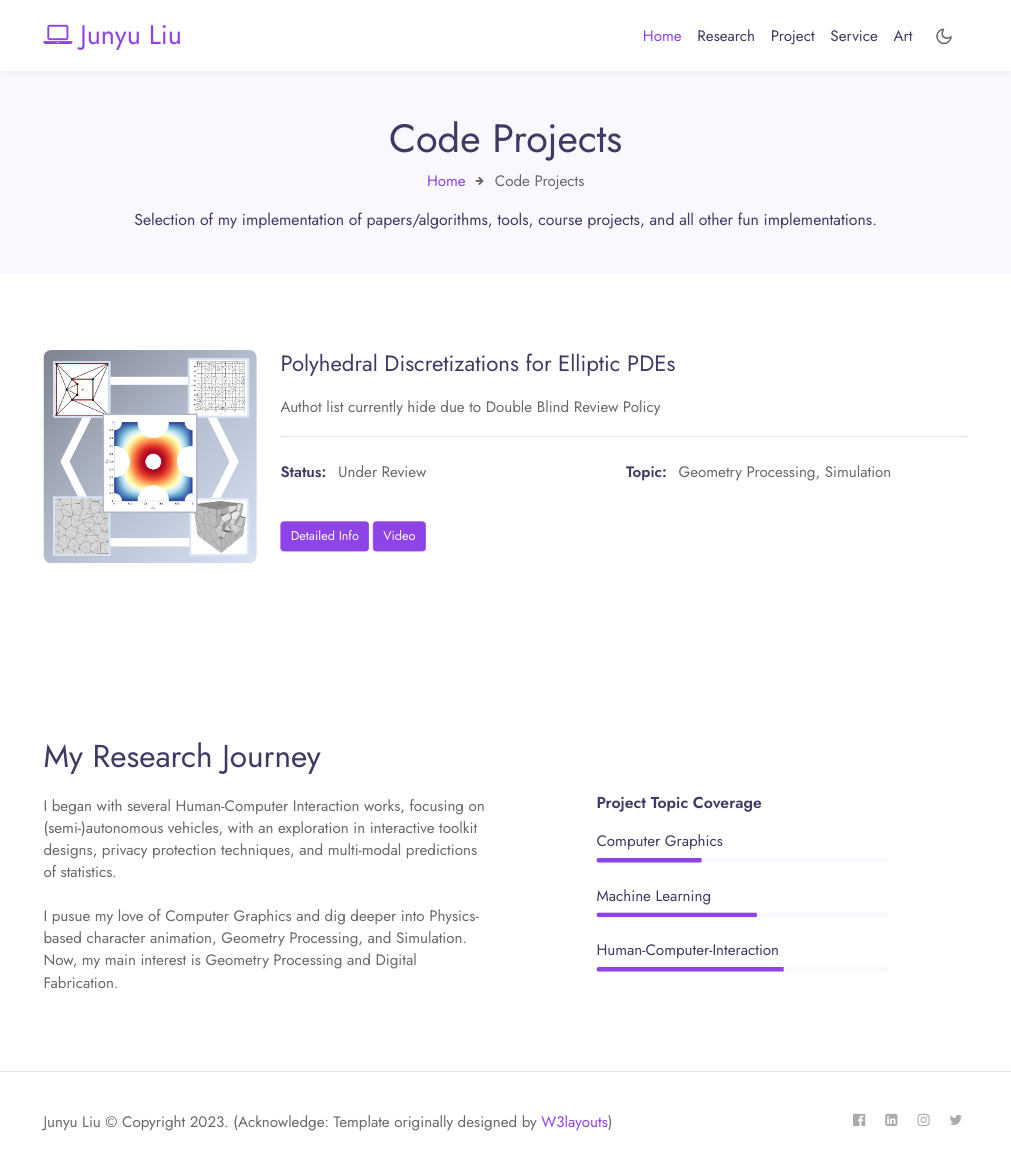
Repository: Junyu-Liu-Nate/junyu-liu-nate.github.io
Page: project.html
An editor plug-in stored every save of this project. The page is shown before and after a run of saves, followed by the edit.
The browser window is 1280 px wide. The pictures show the whole page, at 79% of full size.

Above is the page before, as saved 2024-04-10 18:02:10.
Console error: TypeError: Cannot read properties of null (reading 'classList')

### project.html
<!--
Author: Junyu Liu
Author: W3layouts
Author URL: http://w3layouts.com
-->
<!doctype html>
<html lang="en">

<head>
  <!-- Required meta tags -->
  <meta charset="utf-8">
  <meta name="viewport" content="width=device-width, initial-scale=1, shrink-to-fit=no">

  <title>Junyu Liu - Projects</title>

  <!-- google fonts -->
  <link href="//fonts.googleapis.com/css2?family=Jost:wght@300;400;600&display=swap" rel="stylesheet">

  <!-- Template CSS -->
  <link rel="stylesheet" href="assets/css/style-starter.css">
</head>

<body>
<!-- header -->
<header id="site-header" class="fixed-top">
  <div class="container">
      <nav class="navbar navbar-expand-lg stroke">
          <a class="navbar-brand" href="index.html">
              <span class="fa fa-laptop"></span> Junyu Liu
          </a>
          <!-- if logo is image enable this
      <a class="navbar-brand" href="#index.html">
          <img src="image-path" alt="Your logo" title="Your logo" style="height:35px;" />
      </a> -->
          <button class="navbar-toggler  collapsed bg-gradient" type="button" data-toggle="collapse"
              data-target="#navbarTogglerDemo02" aria-controls="navbarTogglerDemo02" aria-expanded="false"
              aria-label="Toggle navigation">
              <span class="navbar-toggler-icon fa icon-expand fa-bars"></span>
              <span class="navbar-toggler-icon fa icon-close fa-times"></span>
              </span>
          </button>

          <div class="collapse navbar-collapse" id="navbarTogglerDemo02">
            <ul class="navbar-nav ml-auto">
                <li class="nav-item active">
                    <a class="nav-link" href="index.html">Home <span class="sr-only">(current)</span></a>
                </li>
                <li class="nav-item @@research_active">
                    <a class="nav-link" href="research.html">Research</a>
                </li>
                <li class="nav-item @@project_active">
                  <a class="nav-link" href="project.html">Project</a>
                </li>
                <li class="nav-item @@service_active">
                  <a class="nav-link" href="service.html">Service</a>
                </li>
                <li class="nav-item @@art_active">
                    <a class="nav-link" href="art.html">Art</a>
                </li>
            </ul>
        </div>
          <!-- toggle switch for light and dark theme -->
          <div class="mobile-position">
              <nav class="navigation">
                  <div class="theme-switch-wrapper">
                      <label class="theme-switch" for="checkbox">
                          <input type="checkbox" id="checkbox">
                          <div class="mode-container">
                              <i class="gg-sun"></i>
                              <i class="gg-moon"></i>
                          </div>
                      </label>
                  </div>
              </nav>
          </div>
          <!-- //toggle switch for light and dark theme -->
      </nav>
  </div>
</header>
<!-- //header -->

<!-- about breadcrumb -->
<section class="w3l-about-breadcrumb text-center">
    <div class="breadcrumb-bg breadcrumb-bg-about py-sm-5 py-4">
        <div class="container py-2">
            <h2 class="title">Code Projects</h2>
            <ul class="breadcrumbs-custom-path mt-2">
                <li><a href="index.html">Home</a></li>
                <li class="active"><span class="fa fa-arrow-right mx-2" aria-hidden="true"></span> Code Projects </li>
            </ul>
            <br>
            <h5>Selection of my implementation of papers/algorithms, tools, course projects, and all other fun implementations.</h5>
        </div>
    </div>
</section>
<!-- //about breadcrumb -->

<!-- about page about section -->
<section class="w3l-aboutblock1" id="about">
    <div class="midd-w3 py-5">
        <div class="container py-lg-5 py-md-3">
              <div class="row">
                <div class="col-lg-3">
                  <div class="position-relative">
                      <img src="assets/images/project/thumnail/port-FEM-vs-VEM.png" alt="" class="radius-image img-fluid">
                  </div>
                </div>
                <div class="col-lg-9 mt-lg-0 mt-5">
                    <!-- <h5 class="title-small mb-2">Hello, I am UI/UX Designer</h5> -->
                    <h3 class="title">Polyhedral Discretizations for Elliptic PDEs</h3>
                    <p class="mt-4">
                      Authot list currently hide due to Double Blind Review Policy
                    </p>
                    <!-- <p class="mt-4">Proposed, developed and validated the first formalization method of Feint actions, the Palindrome-directed Generation of Feint. Designed and developed an automatic Feint generation model, FeintNet, to incorporate action-level policy designs with the formalization, enabling the effectiveness of Feint in multi-agent scenarios. The experiment results show that Feint actions brings overall benefits and introduce a great extent of diversity in Multi-Player Games.</p> -->
                    <div class="my-info mt-4">
                        <div class="single-info"><span>Status:</span>
                            <p>Under Review</p>
                        </div>
                        <div class="single-info"><span>Topic:</span>
                          <p>Geometry Processing, Simulation</p>
                        </div>
                    </div>
                    <div class="mt-sm-5 mt-4">
                      <a href="projects/Polygedral.html" class="btn btn-primary">Detailed Info</a>
                      <a href="https://youtu.be/e83U_-0MTHk" class="btn btn-primary">Video</a>
                      <!-- <a href="#download" class="btn btn-primary">Paper</a> -->
                      <!-- <a href="#download" class="btn btn-primary">Code</a> -->
                      <!-- <a href="#download" class="btn btn-primary">Video</a> -->
                    </div>
                    <!-- <div class="my-social mt-lg-3 mt-4">
                        <a href="#download" class="btn btn-style btn-primary">Detailed Info</a>
                        <ul class="social m-0 p-0">
                            <a href="#download" class="btn btn-outline-primary btn-style mr-2">Website</a>
                            <a href="#download" class="btn btn-outline-primary btn-style mr-2">Paper</a>
                            <a href="#download" class="btn btn-outline-primary btn-style mr-2">Code</a>
                        </ul>
                    </div> -->
                </div>
            </div>

            <!-- <p><br>-----------------------------------------------------------------------------------------------------------------------------------------------------------------------------------<br><br></p> -->
            <p><br></p>

        </div>
    </div>
</section>
<!-- //about page about section -->

<!-- about page third section -->
<section class="w3l-content-6 py-5">
    <div class="content-6-mian py-lg-5 py-md-4">
        <div class="container">
            <div class="content-info-in row">
                <div class="content-gd col-lg-6">
                    <h3 class="title-big mb-4">My Research Journey</h3>
                    <p>
                      I began with several Human-Computer Interaction works, focusing on (semi-)autonomous vehicles, with an exploration in interactive toolkit designs, privacy protection techniques, and multi-modal predictions of statistics.
                      <br><br>

                      I pusue my love of Computer Graphics and dig deeper into Physics-based character animation, Geometry Processing, and Simulation. Now, my main interest is Geometry Processing and Digital Fabrication.
                    </p>
                </div>
                <div class="content-gd col-lg-4 offset-lg-1">
                    <br><br><br>
                    <h5><b>Project Topic Coverage</b></h5><br>
                    <div class="progress-info">
                        <h6 class="progress-tittle">Computer Graphics</h6>
                        <div class="progress">
                            <div class="progress-bar progress-bar-striped" role="progressbar" style="width: 36%"
                                aria-valuenow="36" aria-valuemin="0" aria-valuemax="100">
                            </div>
                        </div>
                    </div>
                    <div class="progress-info">
                        <h6 class="progress-tittle">Machine Learning
                        </h6>
                        <div class="progress">
                            <div class="progress-bar progress-bar-striped" role="progressbar" style="width: 55%"
                                aria-valuenow="55" aria-valuemin="0" aria-valuemax="100">
                            </div>
                        </div>
                    </div>
                    <div class="progress-info">
                        <h6 class="progress-tittle">Human-Computer-Interaction</h6>
                        <div class="progress">
                            <div class="progress-bar progress-bar-striped" role="progressbar" style="width: 64%"
                                aria-valuenow="64" aria-valuemin="0" aria-valuemax="100">
                            </div>
                        </div>
                    </div>
                </div>
            </div>
        </div>
    </div>
</section>
<!-- about page third section -->

<!-- Footer -->
<section class="w3l-footer py-sm-5 py-4">
  <div class="container">
    <div class="footer-content">
      <div class="row">
        <div class="col-lg-8 footer-left">
          <p class="m-0">Junyu Liu © Copyright 2023. (Acknowledge: Template originally designed by <a href="https://w3layouts.com">W3layouts</a>)</p>
        </div>
        <div class="col-lg-4 footer-right text-lg-right text-center mt-lg-0 mt-3">
          <ul class="social m-0 p-0">
            <li><a href="#facebook"><span class="fa fa-facebook-official"></span></a></li>
            <li><a href="#linkedin"><span class="fa fa-linkedin-square"></span></a></li>
            <li><a href="#instagram"><span class="fa fa-instagram"></span></a></li>
            <li><a href="#twitter"><span class="fa fa-twitter"></span></a></li>
          </ul>
        </div>
      </div>
    </div>
  </div>

  <!-- move top -->
  <button onclick="topFunction()" id="movetop" title="Go to top">
    <span class="fa fa-angle-up"></span>
  </button>
  <script>
    // When the user scrolls down 20px from the top of the document, show the button
    window.onscroll = function () {
      scrollFunction()
    };

    function scrollFunction() {
      if (document.body.scrollTop > 20 || document.documentElement.scrollTop > 20) {
        document.getElementById("movetop").style.display = "block";
      } else {
        document.getElementById("movetop").style.display = "none";
      }
    }

    // When the user clicks on the button, scroll to the top of the document
    function topFunction() {
      document.body.scrollTop = 0;
      document.documentElement.scrollTop = 0;
    }
  </script>
  <!-- /move top -->
</section>
<!-- //Footer -->

<!-- all js scripts and files here -->

<script src="assets/js/theme-change.js"></script><!-- theme switch js (light and dark)-->

<script src="assets/js/jquery-3.3.1.min.js"></script><!-- default jQuery -->

<!-- /typig-text-->
<script>
  const typedTextSpan = document.querySelector(".typed-text");
  const cursorSpan = document.querySelector(".cursor");

  const textArray = ["UI/UX Designer", "Freelancer", "Web developer"];
  const typingDelay = 200;
  const erasingDelay = 10;
  const newTextDelay = 100; // Delay between current and next text
  let textArrayIndex = 0;
  let charIndex = 0;

  function type() {
    if (charIndex < textArray[textArrayIndex].length) {
      if (!cursorSpan.classList.contains("typing")) cursorSpan.classList.add("typing");
      typedTextSpan.textContent += textArray[textArrayIndex].charAt(charIndex);
      charIndex++;
      setTimeout(type, typingDelay);
    } else {
      cursorSpan.classList.remove("typing");
      setTimeout(erase, newTextDelay);
    }
  }

  function erase() {
    if (charIndex > 0) {
      // add class 'typing' if there's none
      if (!cursorSpan.classList.contains("typing")) {
        cursorSpan.classList.add("typing");
      }
      typedTextSpan.textContent = textArray[textArrayIndex].substring(0, 0);
      charIndex--;
      setTimeout(erase, erasingDelay);
    } else {
      cursorSpan.classList.remove("typing");
      textArrayIndex++;
      if (textArrayIndex >= textArray.length) textArrayIndex = 0;
      setTimeout(type, typingDelay);
    }
  }

  document.addEventListener("DOMContentLoaded", function () { // On DOM Load initiate the effect
    if (textArray.length) setTimeout(type, newTextDelay + 250);
  });
</script>
<!-- //typig-text-->

<!-- services owlcarousel -->
<script src="assets/js/owl.carousel.js"></script>

<!-- script for services -->
<script>
  $(document).ready(function () {
    $('.owl-two').owlCarousel({
      loop: true,
      margin: 30,
      nav: false,
      responsiveClass: true,
      autoplay: false,
      autoplayTimeout: 5000,
      autoplaySpeed: 1000,
      autoplayHoverPause: false,
      responsive: {
        0: {
          items: 1,
          nav: false
        },
        480: {
          items: 1,
          nav: false
        },
        700: {
          items: 1,
          nav: false
        },
        1090: {
          items: 3,
          nav: false
        }
      }
    })
  })
</script>
<!-- //script for services -->

<!-- script for tesimonials carousel slider -->
<script>
  $(document).ready(function () {
    $("#owl-demo1").owlCarousel({
      loop: true,
      margin: 20,
      nav: false,
      responsiveClass: true,
      responsive: {
        0: {
          items: 1,
          nav: false
        },
        736: {
          items: 1,
          nav: false
        },
        1000: {
          items: 2,
          nav: false,
          loop: false
        }
      }
    })
  })
</script>
<!-- //script for tesimonials carousel slider -->

<!-- video popup -->
<script src="assets/js/jquery.magnific-popup.min.js"></script>
<script>
  $(document).ready(function () {
    $('.popup-with-zoom-anim').magnificPopup({
      type: 'inline',

      fixedContentPos: false,
      fixedBgPos: true,

      overflowY: 'auto',

      closeBtnInside: true,
      preloader: false,

      midClick: true,
      removalDelay: 300,
      mainClass: 'my-mfp-zoom-in'
    });

    $('.popup-with-move-anim').magnificPopup({
      type: 'inline',

      fixedContentPos: false,
      fixedBgPos: true,

      overflowY: 'auto',

      closeBtnInside: true,
      preloader: false,

      midClick: true,
      removalDelay: 300,
      mainClass: 'my-mfp-slide-bottom'
    });
  });
</script>
<!-- //video popup -->

<!-- stats number counter-->
<script src="assets/js/jquery.waypoints.min.js"></script>
<script src="assets/js/jquery.countup.js"></script>
<script>
  $('.counter').countUp();
</script>
<!-- //stats number counter -->

<!-- disable body scroll which navbar is in active -->
<script>
  $(function () {
    $('.navbar-toggler').click(function () {
      $('body').toggleClass('noscroll');
    })
  });
</script>
<!-- disable body scroll which navbar is in active -->

<!--/MENU-JS-->
<script>
  $(window).on("scroll", function () {
    var scroll = $(window).scrollTop();

    if (scroll >= 80) {
      $("#site-header").addClass("nav-fixed");
    } else {
      $("#site-header").removeClass("nav-fixed");
    }
  });

  //Main navigation Active Class Add Remove
  $(".navbar-toggler").on("click", function () {
    $("header").toggleClass("active");
  });
  $(document).on("ready", function () {
    if ($(window).width() > 991) {
      $("header").removeClass("active");
    }
    $(window).on("resize", function () {
      if ($(window).width() > 991) {
        $("header").removeClass("active");
      }
    });
  });
</script>
<!--//MENU-JS-->

<!-- bootstrap js -->
<script src="assets/js/bootstrap.min.js"></script>

</body>

</html>

Loaded but not shown: assets/css/style-starter.css (library); assets/js/theme-change.js (common file); assets/js/jquery-3.3.1.min.js (library); assets/js/owl.carousel.js (library); assets/js/jquery.magnific-popup.min.js (library); assets/js/jquery.waypoints.min.js (library); assets/js/jquery.countup.js (common file); assets/js/bootstrap.min.js (library)

After the next 4 saves:
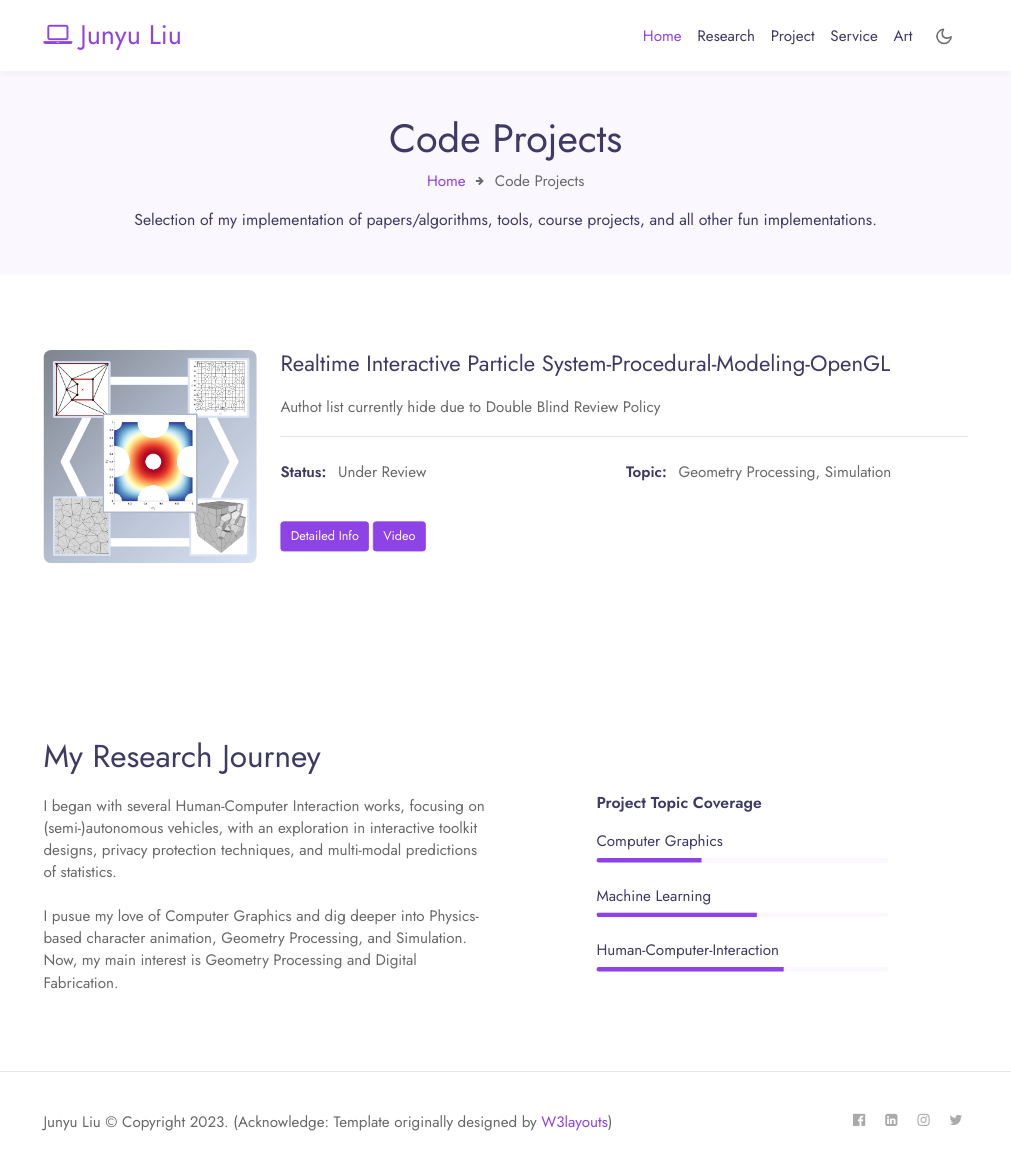
The 4 saves are shown as one change because they came seconds apart.
The last was saved 47 s later.
--- a/project.html
+++ b/project.html
@@ -107,7 +107,7 @@
                 </div>
                 <div class="col-lg-9 mt-lg-0 mt-5">
                     <!-- <h5 class="title-small mb-2">Hello, I am UI/UX Designer</h5> -->
-                    <h3 class="title">Polyhedral Discretizations for Elliptic PDEs</h3>
+                    <h3 class="title">Realtime Interactive Particle System-Procedural-Modeling-OpenGL</h3>
                     <p class="mt-4">
                       Authot list currently hide due to Double Blind Review Policy
                     </p>
